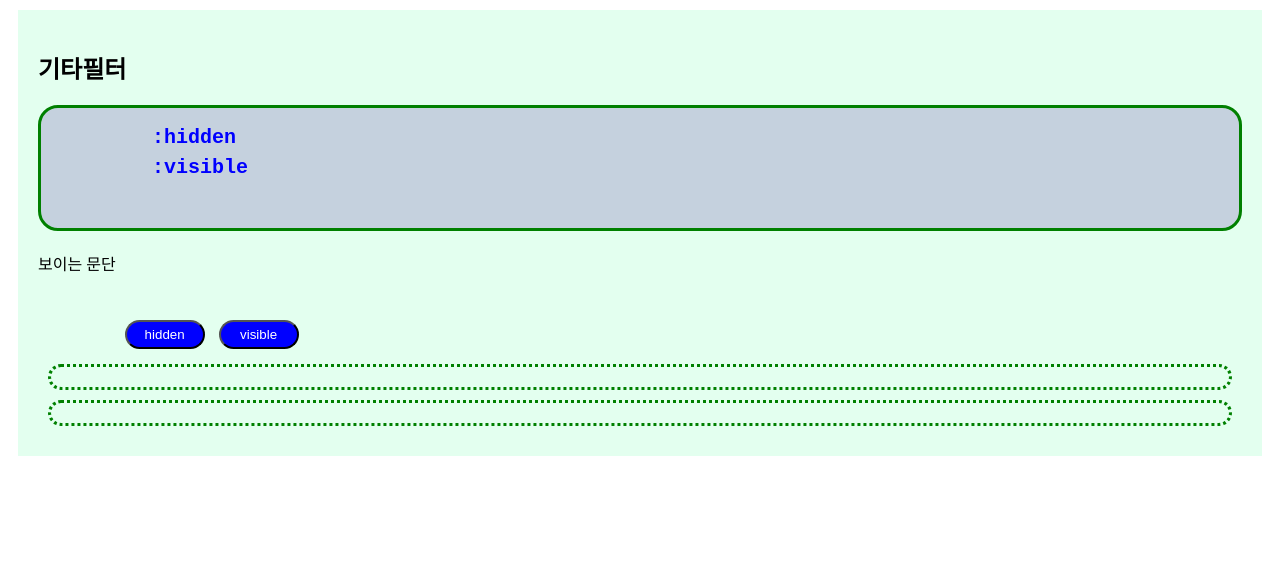
Repository: ypyp0205/jquery
Page: jqpro/WebContent/0212/hidden_visible2.html
An editor plug-in stored every save of this project. The page is shown before and after the next save, followed by the edit.
The browser window is 1280 px wide. The pictures show the whole page.
After loading, the first visible `#btn1` was clicked once.

Above is the page before, as saved 2020-02-12 08:01:39.
Console error: ReferenceError: 소ㅑㄴ is not defined

After the next save:
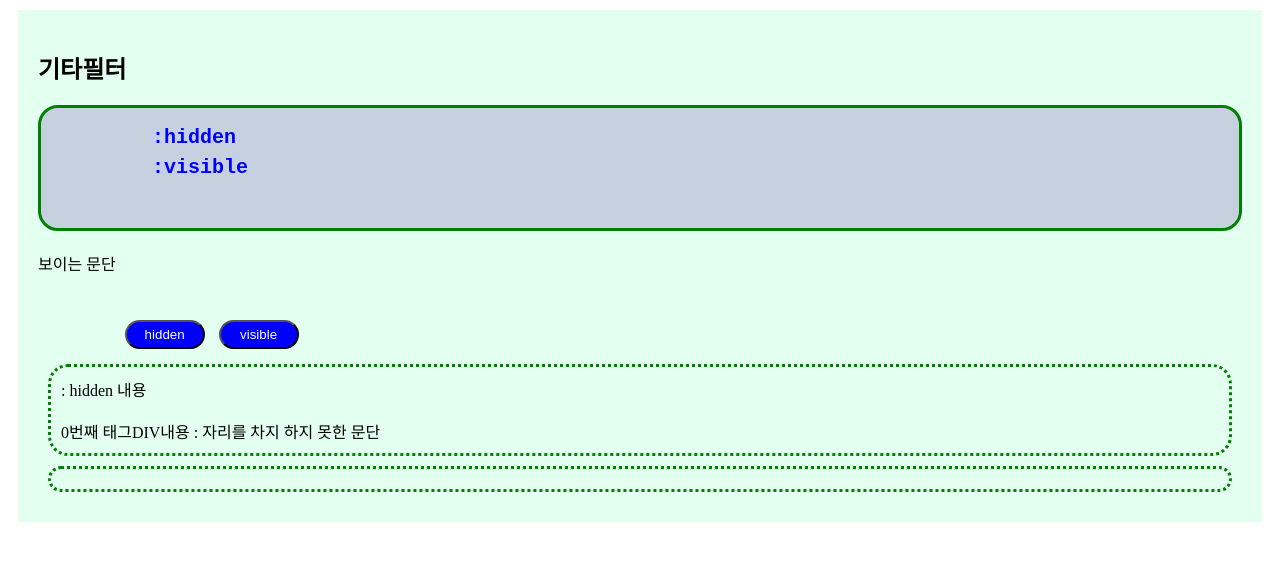
The error is gone.
Saved 12 s later.
--- a/jqpro/WebContent/0212/hidden_visible2.html
+++ b/jqpro/WebContent/0212/hidden_visible2.html
@@ -14,7 +14,7 @@
 			str = " : hidden 내용 <br><br>";
 			$('.box :hidden').each(function(i){
 				//v = $('.box :hidden')[i]
-				str += i + "번째 태그" + 소ㅑㄴ.tagName +
+				str += i + "번째 태그" + this.tagName +
 						   "내용 : " + $(this).text() + "<br>";
 			})
 
